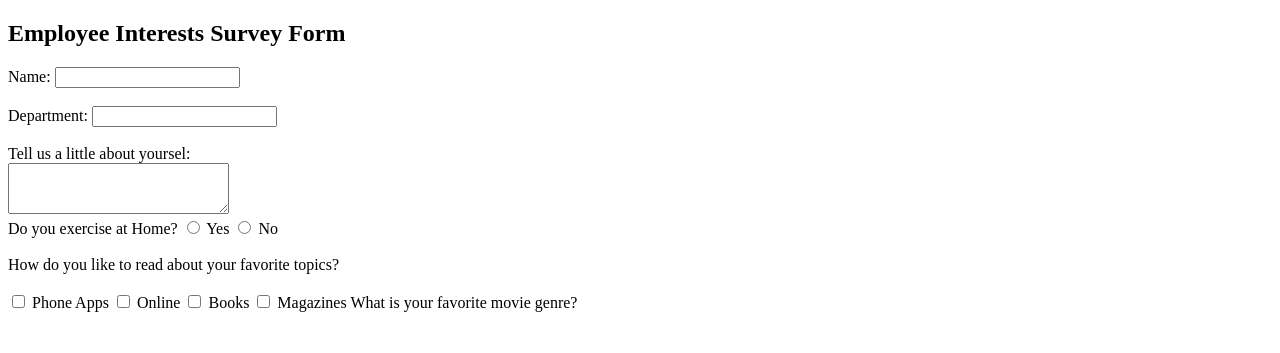
Repository: JoaoLemesDEV/Exercise-Survey-Form
Page: index.html
These files come from the project's save history. The page is drawn as it stood at one moment and after the next save; the edit follows.
The browser window is 1280 px wide. The pictures show the whole page.

Above is the page before, as saved 2021-10-10 18:29:28.

After the next save:
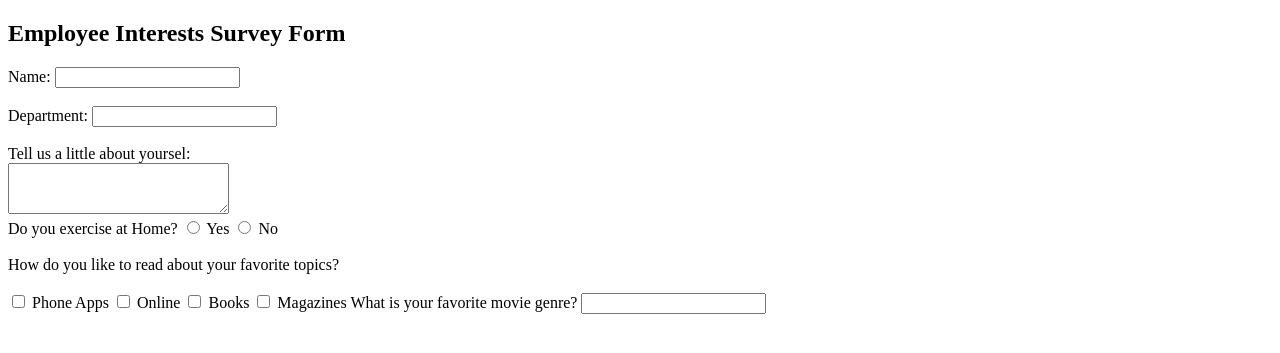
Saved 5 s later.
--- a/index.html
+++ b/index.html
@@ -29,5 +29,6 @@
   <input type="checkbox" name="" id="">
     <label for="">Magazines</label>
   <label for="">What is your favorite movie genre?</label>
+  <input type="text" name="" id="">
 </body>
 </html>
